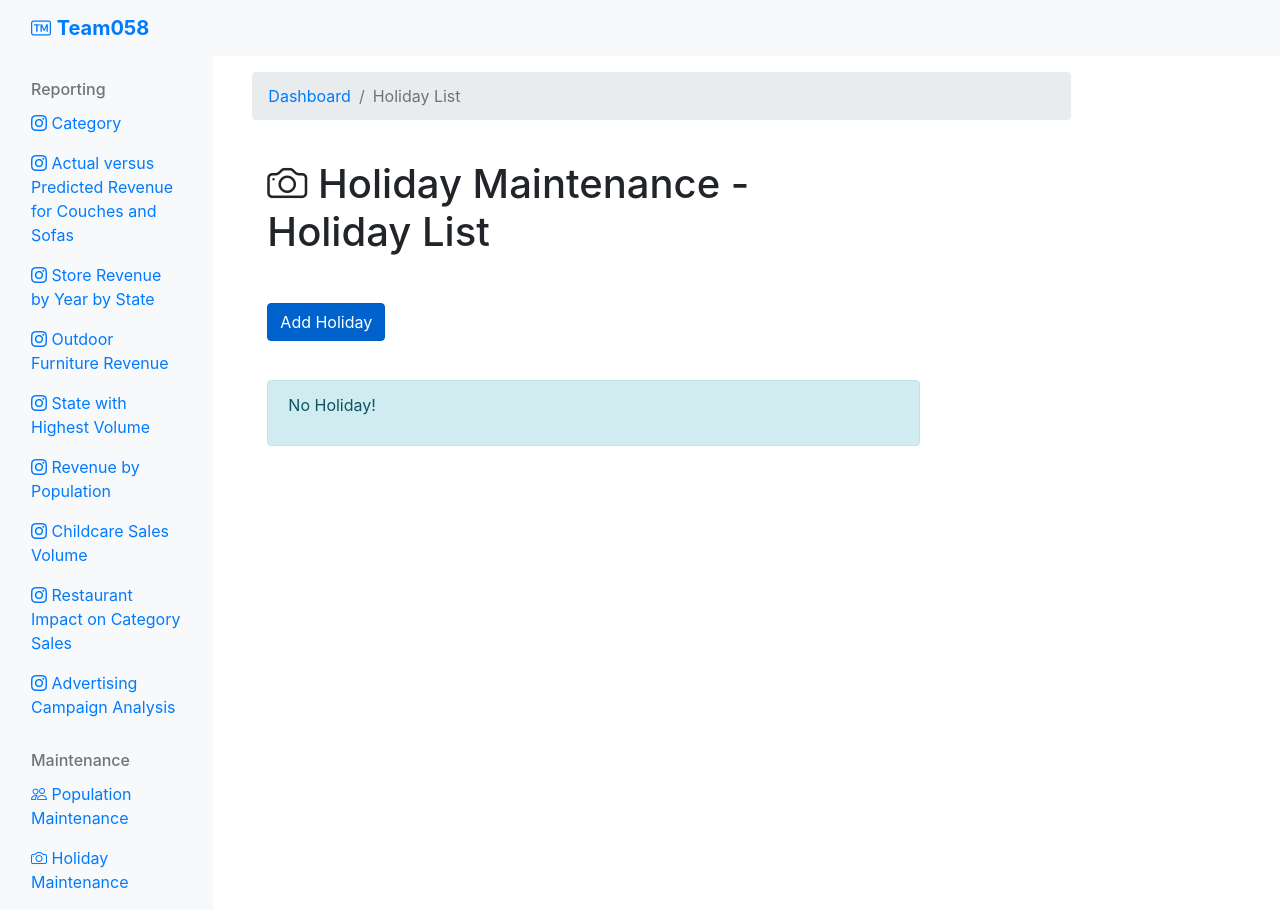
Repository: tex216/Relational-Database-Design-for-Sales-Reporting-System
Page: http://localhost/reporting/report8_restaurant_impact_on_category_sales/
An editor plug-in stored every save of this project. The page is shown before and after the next save, followed by the edit.
The browser window is 1280 px wide. The pictures show the whole page.
Some web libraries are served in a nearby version. The page is served by the project's application, run on Django 3.2 (manage.py). Other server files are loaded and not shown. Queries for data that is not in the repository find no rows.

Above is the page before, as saved 2021-04-03 18:22:53.

### mren40/LSRS/reporting/templates/reporting/report8_restaurant_impact_on_category_sales.html
{% extends "_layout.html" %}

{% block content %}

<style>
form {
    text-align : left;
}
.btnSubmit {
    display: block;
    text-align: center;
    margin: 0 auto;
}
</style>

<main class="container" role="main">
    <div class="row">
        <div class="col-md-10">
            <nav aria-label="breadcrumb">
                <ol class="breadcrumb">
                    <li class="breadcrumb-item"><a href="{% url 'index' %}">Dashboard</a></li>
                    <li class="breadcrumb-item active" aria-current="page">Holiday List</li>
                </ol>
            </nav>

            <br/>
            <div class="align-items-center bg-purple rounded ">
                <h1 class="col-md-8">
                    <i class="bi bi-camera"></i>
                    <p2>Holiday Maintenance - Holiday List</p2>
                </h1>
            </div>

            <br/>
            <div class="align-items-right bg-purple rounded" style="margin: 15px">
                <button class="btn btn-primary active" id="btnAddHoliday" onclick="location.href='/reporting/holiday/add_holiday/'" type="button">
                    Add Holiday
                </button>
            </div>

            <br/>
            <div class="align-items-center bg-purple rounded" id="divHolidayList">
                <div class="col-md-10">
                    {% if holidayList %}
                    <table class="table">
                        <thead class="thead-light">
                        <tr>
                            <th scope="col"></th>
                            <th scope="col">Holiday Date</th>
                            <th scope="col">Holiday Name</th>
                        </tr>
                        </thead>
                        <tbody>
                        {% for holiday in holidayList %}
                        <tr>
                            <th scope="row"></th>
                            <td>{{ holiday.Date }}</td>
                            <td>{{ holiday.Name }}</td>
                        </tr>
                        {% endfor %}
                        </tbody>
                    </table>
                    {% else %}
                    <div class="alert alert-info" role="alert">
                    <p>No Holiday!</p>
                    </div>
                    {% endif %}
                </div>
            </div>
        </div>
    </div>
</main>

{% endblock %}

### mren40/LSRS/reporting/templates/_layout.html
<!DOCTYPE html>
<html lang="en">

<head>
  <meta charset="utf-8" />
  <meta http-equiv="X-UA-Compatible" content="IE=edge,chrome=1" />
  <meta name="viewport" content="width=device-width, initial-scale=1, shrink-to-fit=no">
  <title>LEOFURN Sales Reporting System</title>
  <link rel="shortcut icon" href="https://omscs.gatech.edu/sites/all/themes/gt_subtheme/favicon.ico"
    type="image/vnd.microsoft.icon" />

  <script src="https://code.jquery.com/jquery-3.6.0.min.js"
    integrity="sha256-/xUj+3OJU5yExlq6GSYGSHk7tPXikynS7ogEvDej/m4=" crossorigin="anonymous"></script>

</head>

<body>
  <nav class="navbar navbar-light bg-light" style="background-color: background-color: #f8f9fa!important">
    <div class="container-fluid">
      <a class="navbar-brand text-primary" href="/reporting/">
        <i class="bi bi-badge-tm"></i>
        <strong>Team058</strong>
      </a>
    </div>
  </nav>

  <div class="container-fluid">
    <div class="row">
      <nav class="col-md-2 d-none d-md-block bg-light sidebar" style="min-height: calc(100vh - 50px)">
        <div class="sidebar-sticky">
          <h6 class="sidebar-heading d-flex justify-content-between align-items-center px-3 mt-4 mb-1 text-muted">
            <span>Reporting</span>
          </h6>
          <ul class="nav flex-column mb-2">
            <li class="nav-item">
              <a class="nav-link" href="#">
                <i class="bi bi-instagram"></i>
                Category
              </a>
            </li>
            <li class="nav-item">
              <a class="nav-link" href="#">
                <i class="bi bi-instagram"></i>
                Actual versus Predicted Revenue for Couches and Sofas
              </a>
            </li>
            <li class="nav-item">
              <a class="nav-link" href="#">
                <i class="bi bi-instagram"></i>
                Store Revenue by Year by State
              </a>
            </li>
            <li class="nav-item">
              <a class="nav-link" href="#">
                <i class="bi bi-instagram"></i>
                Outdoor Furniture Revenue
              </a>
            </li>
            <li class="nav-item">
              <a class="nav-link" href="#">
                <i class="bi bi-instagram"></i>
                State with Highest Volume
              </a>
            </li>
            <li class="nav-item">
              <a class="nav-link" href="#">
                <i class="bi bi-instagram"></i>
                Revenue by Population
              </a>
            </li>
            <li class="nav-item">
              <a class="nav-link" href="#">
                <i class="bi bi-instagram"></i>
                Childcare Sales Volume
              </a>
            </li>
            <li class="nav-item">
              <a class="nav-link" href="{% url 'report8_restaurant_impact_on_category_sales' %}">
                <i class="bi bi-instagram"></i>
                Restaurant Impact on Category Sales
              </a>
            </li>
            <li class="nav-item">
              <a class="nav-link" href="{% url 'report9_advertising_campaign_analysis' %}">
                <i class="bi bi-instagram"></i>
                Advertising Campaign Analysis
              </a>
            </li>
          </ul>

          <h6 class="sidebar-heading d-flex justify-content-between align-items-center px-3 mt-4 mb-1 text-muted">
            <span>Maintenance</span>
          </h6>
          <ul class="nav flex-column mb-2">
            <li class="nav-item">
              <a class="nav-link" href="{% url 'population' %}">
                <i class="bi bi-people"></i>
                Population Maintenance
              </a>
            </li>
            <li class="nav-item">
              <a class="nav-link" href="{% url 'holiday' %}">
                <i class="bi bi-camera"></i>
                Holiday Maintenance
              </a>
            </li>
          </ul>
        </div>
      </nav>

      <section role="main" class="col-md-9 ml-sm-auto col-lg-10 pt-3 px-4">

        <div class="d-flex justify-content-between flex-wrap flex-md-nowrap align-items-center pb-2 mb-3">

          {% block content %}{% endblock %}

        </div>

      </section>
    </div>
  </div>

  <!-- Google Font -->
  <link defer href="https://fonts.googleapis.com/css?family=Nunito:300,300i,400,600,800" rel="stylesheet">
  <!-- Bootstrap Icons -->
  <link defer rel="stylesheet" href="https://cdn.jsdelivr.net/npm/bootstrap-icons@1.4.0/font/bootstrap-icons.css">
  <link defer rel="stylesheet" href="https://maxcdn.bootstrapcdn.com/bootstrap/4.0.0/css/bootstrap.min.css"
    integrity="sha384-Gn5384xqQ1aoWXA+058RXPxPg6fy4IWvTNh0E263XmFcJlSAwiGgFAW/dAiS6JXm" crossorigin="anonymous">


</body>

</html>

### mren40/LSRS/reporting/reports/report8.py
from django.views import generic
from django.shortcuts import render
from reporting.repository.sqlhelper import SqlHelper


class GetReport(generic.ListView):
    template_name = "reporting/report8_restaurant_impact_on_category_sales.html"
    context_object_name = "report8"

    def get_queryset(self):
        obj = SqlHelper()
        report_res = obj.get_report8()
        obj.close()
        return report_res

### mren40/LSRS/reporting/repository/sqlhelper.py
import pymysql


class SqlHelper(object):
    def __init__(self):
        self.conn = pymysql.connect(
            host="127.0.0.1", port=3306, user="root", passwd="spring2021_cs6400", db="cs6400_sp21_team058"
        )
        self.cursor = self.conn.cursor(cursor=pymysql.cursors.DictCursor)

    def get_report8(self):
        self.cursor.execute(
            "SELECT COLS.Category, COLS.`Store Type`, IFNULL(ACT.`Quantity Sold`, 0) "
            "FROM "
            "( ( SELECT C01.Category_Name AS Category, 'Restaurant' AS `Store Type` FROM CATEGORY AS C01) "
            "UNION "
            "( SELECT C02.Category_Name AS Category, 'Non-restaurant' AS `Store Type` FROM CATEGORY AS C02) ) "
            "AS COLS "
            "LEFT JOIN "
            "(SELECT C.Category_Name AS Category, "
            "IF(T.Has_Restaurant IS TRUE, 'Restaurant', 'Non-restaurant') AS `Store Type`, "
            "SUM(S.Quantity) AS `Quantity Sold` "
            "FROM CATEGORY AS C "
            "INNER JOIN ASSIGNED AS A ON C.Category_Name = A.Category_Name "
            "INNER JOIN PRODUCT AS P ON A.PID = P.PID "
            "INNER JOIN SALE AS S ON P.PID = S.PID "
            "INNER JOIN STORE AS T ON S.Store_Number = T.Store_Number "
            "GROUP BY Category, `Store Type` "
            ") AS ACT "
            "ON COLS.Category = ACT.Category AND COLS.`Store Type` = ACT.`Store Type` "
            "ORDER BY COLS.Category ASC, COLS.`Store Type` ASC; "
        )
        report8_res = self.cursor.fetchall()
        return report8_res

    def get_report9(self):
        self.cursor.execute(
            "SELECT `Product ID`, `Product Name`, `Sold During Campaign`, `Sold Outside Campaign`, Difference "
            "FROM( "
            "( "
            "SELECT P.PID AS `Product ID`, P.Product_Name AS `Product Name`, "
            "SUM(IF(A.`Description` IS NULL,0,1) * IFNULL(S.Quantity,0)) AS `Sold During Campaign`, "
            "SUM(IF(A.`Description` IS NULL,1,0) * IFNULL(S.Quantity,0)) AS `Sold Outside Campaign`, "
            "(SUM(IF(A.`Description` IS NULL,0,1) * IFNULL(S.Quantity,0)) - "
            "SUM(IF(A.`Description` IS NULL,1,0) * IFNULL(S.Quantity,0))) AS Difference "
            "FROM PRODUCT AS P "
            "INNER JOIN DISCOUNT AS I ON P.PID = I.PID "
            "LEFT JOIN SALE AS S ON I.`Date` = S.`Date` AND I.PID = S.PID "
            "LEFT JOIN DAY AS D ON S.`Date` = D.`Date` "
            "LEFT JOIN HOLD AS H ON D.`Date` = H.`Date` "
            "LEFT JOIN ADVERTISING_CAMPAIGN AS A ON H.`Description` = A.`Description` "
            "GROUP BY `Product ID` "
            "ORDER BY Difference DESC "
            "LIMIT 10 "
            ") "
            "UNION "
            "( "
            "SELECT P2.PID AS `Product ID`, P2.Product_Name AS `Product Name`, "
            "SUM(IF(A2.`Description` IS NULL,0,1) * IFNULL(S2.Quantity,0)) AS `Sold During Campaign`, "
            "SUM(IF(A2.`Description` IS NULL,1,0) * IFNULL(S2.Quantity,0)) AS `Sold Outside Campaign`, "
            "(SUM(IF(A2.`Description` IS NULL,0,1) * IFNULL(S2.Quantity,0)) - "
            "SUM(IF(A2.`Description` IS NULL,1,0) * IFNULL(S2.Quantity,0))) AS Difference "
            "FROM PRODUCT AS P2 "
            "INNER JOIN DISCOUNT AS I2 ON P2.PID = I2.PID "
            "LEFT JOIN SALE AS S2 ON I2.`Date` = S2.`Date` AND I2.PID = S2.PID "
            "LEFT JOIN DAY AS D2 ON S2.`Date` = D2.`Date` "
            "LEFT JOIN HOLD AS H2 ON D2.`Date` = H2.`Date` "
            "LEFT JOIN ADVERTISING_CAMPAIGN AS A2 ON H2.`Description` = A2.`Description` "
            "GROUP BY `Product ID` "
            "ORDER BY Difference ASC "
            "LIMIT 10 "
            ") "
            ") AS UN "
            "ORDER BY Difference DESC; "
        )
        report9_res = self.cursor.fetchall()
        return report9_res

    def close(self):
        self.cursor.close()
        self.conn.close()

### mren40/LSRS/common/urls.py
"""common URL Configuration

The `urlpatterns` list routes URLs to views. For more information please see:
    https://docs.djangoproject.com/en/3.1/topics/http/urls/
Examples:
Function views
    1. Add an import:  from my_app import views
    2. Add a URL to urlpatterns:  path('', views.home, name='home')
Class-based views
    1. Add an import:  from other_app.views import Home
    2. Add a URL to urlpatterns:  path('', Home.as_view(), name='home')
Including another URLconf
    1. Import the include() function: from django.urls import include, path
    2. Add a URL to urlpatterns:  path('blog/', include('blog.urls'))
"""
from django.contrib import admin
from django.urls import path
from django.urls import include
from django.conf import settings
from django.conf.urls.static import static
from django.views.generic import RedirectView


urlpatterns = [
    path("reporting/", include("reporting.urls")),
]

urlpatterns += static(settings.STATIC_URL, document_root=settings.STATIC_ROOT)

urlpatterns += [
    path("", RedirectView.as_view(url="/reporting/", permanent=True)),
]

### mren40/LSRS/reporting/urls.py
from django.urls import path
from reporting import views
from reporting.maintenances import holiday
from reporting.maintenances import population
from reporting.reports import report8
from reporting.reports import report9

urlpatterns = [path("", views.index, name="index")]

urlpatterns += [path("holiday/", holiday.HolidayList.as_view(), name="holiday")]

urlpatterns += [path("holiday/add_holiday/", holiday.add_new_holiday, name="add_holiday")]

urlpatterns += [
    path("population/", population.city_population_load, name="population"),
    path("population/get_city_list/", population.get_city_list, name="population_get_city_list"),
    path("population/get_city_population/", population.get_city_population, name="population_get_city_population"),
]

urlpatterns += [
    path(
        "report8_restaurant_impact_on_category_sales/",
        report8.GetReport.as_view(),
        name="report8_restaurant_impact_on_category_sales",
    )
]

urlpatterns += [
    path(
        "report9_advertising_campaign_analysis/",
        report9.GetReport.as_view(),
        name="report9_advertising_campaign_analysis",
    )
]

After the next save:
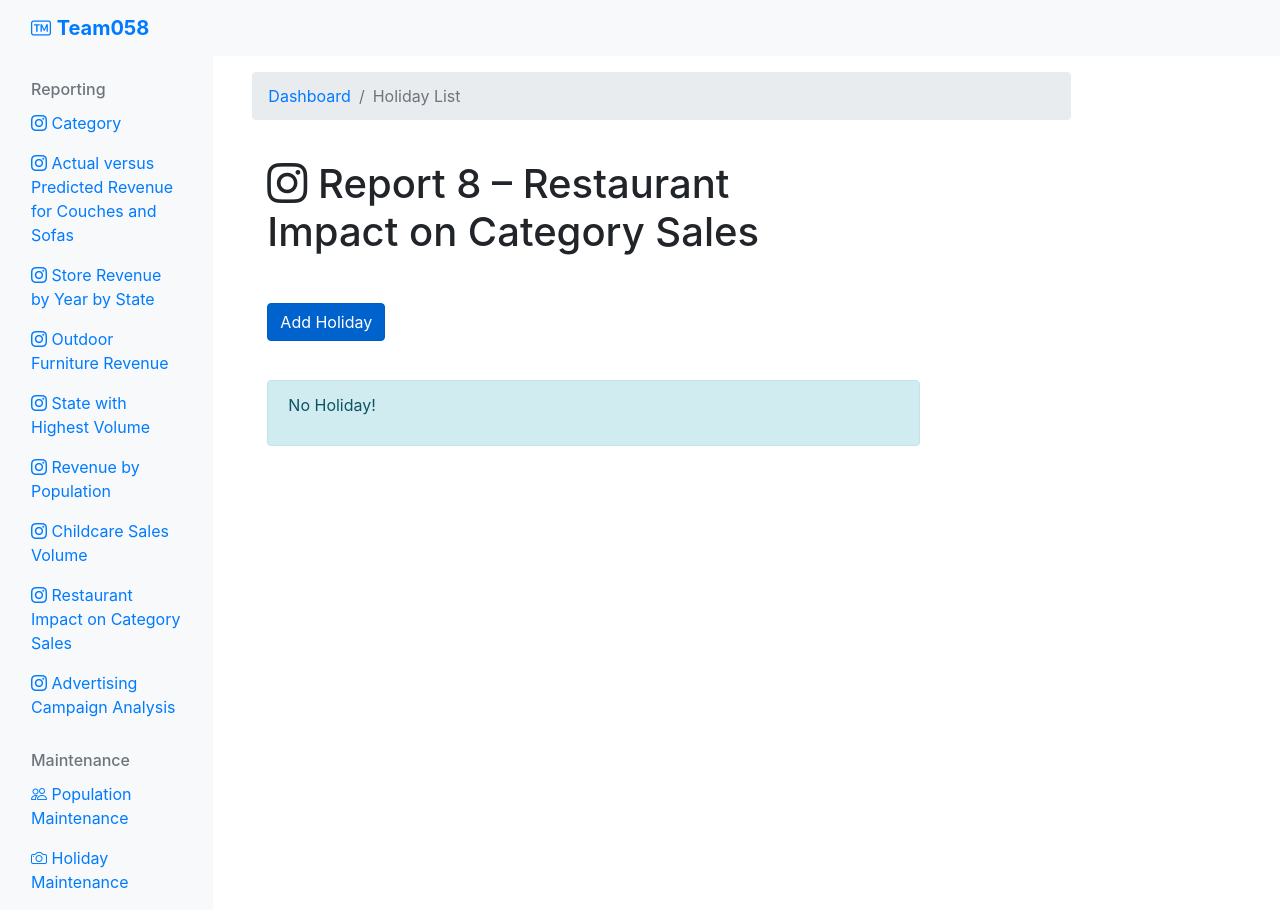
Saved 7 min 3 s later.
--- a/mren40/LSRS/reporting/templates/reporting/report8_restaurant_impact_on_category_sales.html
+++ b/mren40/LSRS/reporting/templates/reporting/report8_restaurant_impact_on_category_sales.html
@@ -3,14 +3,15 @@
 {% block content %}
 
 <style>
-form {
-    text-align : left;
-}
-.btnSubmit {
-    display: block;
-    text-align: center;
-    margin: 0 auto;
-}
+    form {
+        text-align: left;
+    }
+
+    .btnSubmit {
+        display: block;
+        text-align: center;
+        margin: 0 auto;
+    }
 </style>
 
 <main class="container" role="main">
@@ -23,46 +24,47 @@ form {
                 </ol>
             </nav>
 
-            <br/>
+            <br />
             <div class="align-items-center bg-purple rounded ">
                 <h1 class="col-md-8">
-                    <i class="bi bi-camera"></i>
-                    <p2>Holiday Maintenance - Holiday List</p2>
+                    <i class="bi bi-instagram"></i>
+                    <p2>Report 8 – Restaurant Impact on Category Sales</p2>
                 </h1>
             </div>
 
-            <br/>
+            <br />
             <div class="align-items-right bg-purple rounded" style="margin: 15px">
-                <button class="btn btn-primary active" id="btnAddHoliday" onclick="location.href='/reporting/holiday/add_holiday/'" type="button">
+                <button class="btn btn-primary active" id="btnAddHoliday"
+                    onclick="location.href='/reporting/holiday/add_holiday/'" type="button">
                     Add Holiday
                 </button>
             </div>
 
-            <br/>
+            <br />
             <div class="align-items-center bg-purple rounded" id="divHolidayList">
                 <div class="col-md-10">
                     {% if holidayList %}
                     <table class="table">
                         <thead class="thead-light">
-                        <tr>
-                            <th scope="col"></th>
-                            <th scope="col">Holiday Date</th>
-                            <th scope="col">Holiday Name</th>
-                        </tr>
+                            <tr>
+                                <th scope="col"></th>
+                                <th scope="col">Holiday Date</th>
+                                <th scope="col">Holiday Name</th>
+                            </tr>
                         </thead>
                         <tbody>
-                        {% for holiday in holidayList %}
-                        <tr>
-                            <th scope="row"></th>
-                            <td>{{ holiday.Date }}</td>
-                            <td>{{ holiday.Name }}</td>
-                        </tr>
-                        {% endfor %}
+                            {% for holiday in holidayList %}
+                            <tr>
+                                <th scope="row"></th>
+                                <td>{{ holiday.Date }}</td>
+                                <td>{{ holiday.Name }}</td>
+                            </tr>
+                            {% endfor %}
                         </tbody>
                     </table>
                     {% else %}
                     <div class="alert alert-info" role="alert">
-                    <p>No Holiday!</p>
+                        <p>No Holiday!</p>
                     </div>
                     {% endif %}
                 </div>
